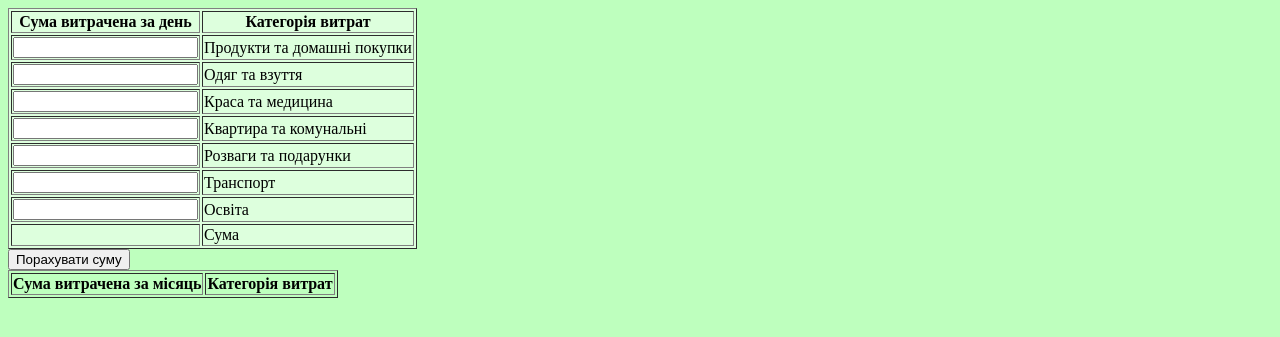
Repository: alexandrastarovoyda-star/Planer2
Page: index.html
The author's editor kept a copy of each file at every save. The page is drawn from the files as they stood at one save, then again after the next save.
The browser window is 1280 px wide. The pictures show the whole page.

Above is the page before, as saved 2026-03-25 21:56:53.

After the next save:
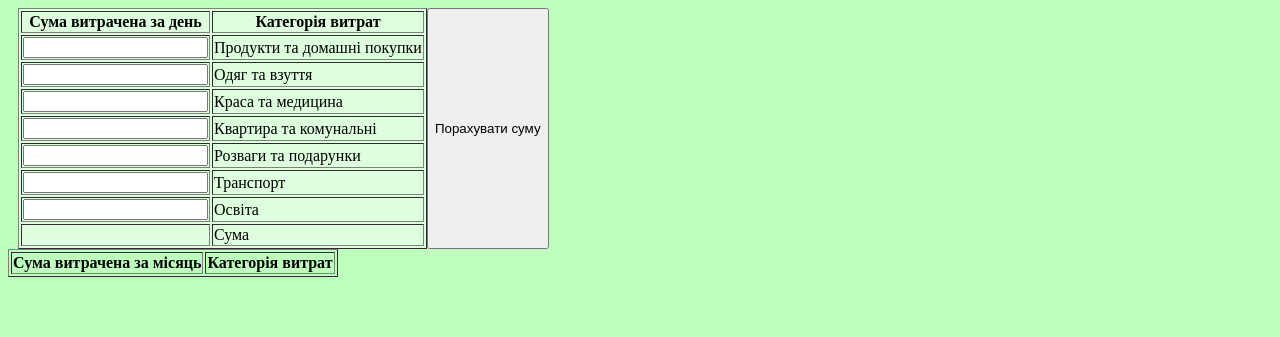
Saved 2 min 21 s later.
--- a/css/index.css
+++ b/css/index.css
@@ -1,3 +1,9 @@
 #day_spend_table{
     background: rgba(255, 255, 255, 0.466);
 }
+
+.table_ghorisontal{
+    display: flex;
+    margin-right: 10px;
+    margin-left: 10px;
+}
